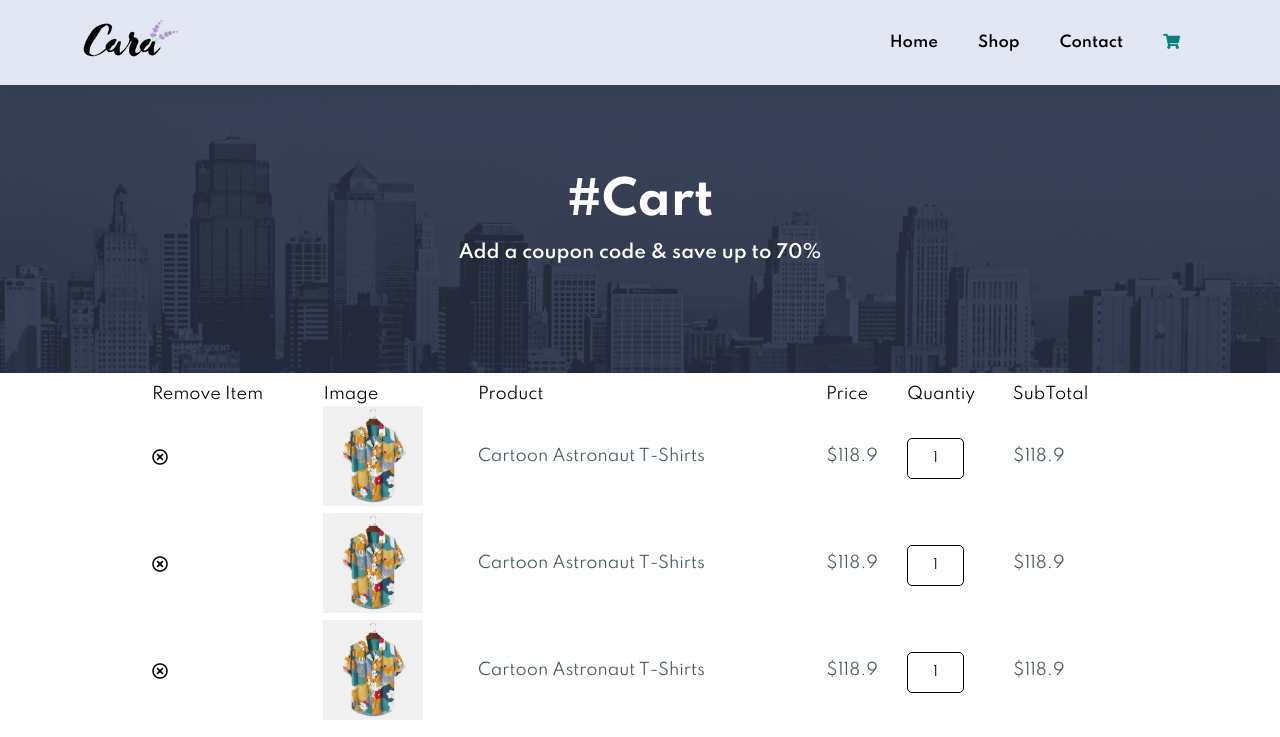
Repository: Daryllgio/E-Commerce-Website-UI
Page: cart.html
The author's editor kept a copy of each file at every save. The page is drawn from the files as they stood at one save, then again after the next save.
The browser window is 1280 px wide. The pictures show the whole page.
Some web libraries are served in a nearby version.

Above is the page before, as saved 2025-01-02 02:23:17.

### cart.html
<!DOCTYPE html>
<html lang="en">

<head>
    <meta charset="UTF-8">
    <meta http-equiv="X-UA-Compatible" content="IE=edge">
    <meta name="viewport" content="width=device-width, initial-scale=1.0">
    <title>Document</title>

    <link rel="stylesheet" href="https://pro.fontawesome.com/releases/v5.10.0/css/all.css" />

    <link rel="stylesheet" href="style.css">
</head>

<body>
    <section id="header">
        <a href="#"><img src="img/logo.png" id="logo" class="logo" alt=""></a>

        <div>
            <ul id="navbar">
                <li>
                    <a href="index.html">Home</a>
                </li>
                <li>
                    <a href="shop.html">Shop</a>
                </li>
                <li>
                    <a href="contact.html">Contact</a>
                </li>
                <li>
                    <a class="active" href="cart.html"><i class="fa fa-shopping-cart" aria-hidden="true"></i></a>
                </li>

            </ul>
        </div>
    </section>

    <section id="CartPageheader" class="section-p1">
        <h2>#Cart</h2>
        <p>Add a coupon code & save up to 70%</p>
    </section>

    <section id="Cart-Summary-Container">
        <table width="100%">
            <thead>
                <tr>
                    <td>
                        Remove Item
                    </td>
                    <td>
                        Image
                    </td>
                    <td>
                        Product
                    </td>
                    <td>
                        Price
                    </td>
                    <td>
                        Quantiy
                    </td>
                    <td>
                        SubTotal
                    </td>
                </tr>
            </thead>
            <tbody>
                <tr>
                    <td>
                        <i class="far fa-times-circle"></i>
                    </td>
                    <td>
                        <img src="img/products/f1.jpg" class="option" alt="">
                    </td>
                    <td>
                        <p>
                            Cartoon Astronaut T-Shirts
                        </p>
                    </td>
                    <td>
                        <p>
                            $118.9
                        </p>
                    </td>
                    <td>
                        <div class="Product-Num-Container">
                            <div class="dropdown">
                                <button class="Size-btn" onclick="toggleDropdown('myDropdown2')">1</button>
                                <div class="dropdown-content" id="myDropdown2">
                                    <a href="#" onclick="updateButtonText('myDropdown2', this)">1</a>
                                    <a href="#" onclick="updateButtonText('myDropdown2', this)">2</a>
                                    <a href="#" onclick="updateButtonText('myDropdown2', this)">3</a>
                                    <a href="#" onclick="updateButtonText('myDropdown2', this)">4</a>
                                    <a href="#" onclick="updateButtonText('myDropdown2', this)">5</a>
                                    <a href="#" onclick="updateButtonText('myDropdown2', this)">6</a>
                                    <a href="#" onclick="updateButtonText('myDropdown2', this)">7</a>
                                    <a href="#" onclick="updateButtonText('myDropdown2', this)">8</a>
                                    <a href="#" onclick="updateButtonText('myDropdown2', this)">9</a>
                                    <a href="#" onclick="updateButtonText('myDropdown2', this)"></a>
                                </div>
                            </div>
                        </div>
                    </td>
                    <td>
                        <p>
                            $118.9
                        </p>
                    </td>
                </tr>
                <tr>
                    <td>
                        <i class="far fa-times-circle"></i>
                    </td>
                    <td>
                        <img src="img/products/f1.jpg" class="option" alt="">
                    </td>
                    <td>
                        <p>
                            Cartoon Astronaut T-Shirts
                        </p>
                    </td>
                    <td>
                        <p>
                            $118.9
                        </p>
                    </td>
                    <td>
                        <div class="Product-Num-Container">
                            <div class="dropdown">
                                <button class="Size-btn" onclick="toggleDropdown('myDropdown2')">1</button>
                                <div class="dropdown-content" id="myDropdown2">
                                    <a href="#" onclick="updateButtonText('myDropdown2', this)">1</a>
                                    <a href="#" onclick="updateButtonText('myDropdown2', this)">2</a>
                                    <a href="#" onclick="updateButtonText('myDropdown2', this)">3</a>
                                    <a href="#" onclick="updateButtonText('myDropdown2', this)">4</a>
                                    <a href="#" onclick="updateButtonText('myDropdown2', this)">5</a>
                                    <a href="#" onclick="updateButtonText('myDropdown2', this)">6</a>
                                    <a href="#" onclick="updateButtonText('myDropdown2', this)">7</a>
                                    <a href="#" onclick="updateButtonText('myDropdown2', this)">8</a>
                                    <a href="#" onclick="updateButtonText('myDropdown2', this)">9</a>
                                    <a href="#" onclick="updateButtonText('myDropdown2', this)"></a>
                                </div>
                            </div>
                        </div>
                    </td>
                    <td>
                        <p>
                            $118.9
                        </p>
                    </td>
                </tr>
                <tr>
                    <td>
                        <i class="far fa-times-circle"></i>
                    </td>
                    <td>
                        <img src="img/products/f1.jpg" class="option" alt="">
                    </td>
                    <td>
                        <p>
                            Cartoon Astronaut T-Shirts
                        </p>
                    </td>
                    <td>
                        <p>
                            $118.9
                        </p>
                    </td>
                    <td>
                        <div class="Product-Num-Container">
                            <div class="dropdown">
                                <button class="Size-btn" onclick="toggleDropdown('myDropdown2')">1</button>
                                <div class="dropdown-content" id="myDropdown2">
                                    <a href="#" onclick="updateButtonText('myDropdown2', this)">1</a>
                                    <a href="#" onclick="updateButtonText('myDropdown2', this)">2</a>
                                    <a href="#" onclick="updateButtonText('myDropdown2', this)">3</a>
                                    <a href="#" onclick="updateButtonText('myDropdown2', this)">4</a>
                                    <a href="#" onclick="updateButtonText('myDropdown2', this)">5</a>
                                    <a href="#" onclick="updateButtonText('myDropdown2', this)">6</a>
                                    <a href="#" onclick="updateButtonText('myDropdown2', this)">7</a>
                                    <a href="#" onclick="updateButtonText('myDropdown2', this)">8</a>
                                    <a href="#" onclick="updateButtonText('myDropdown2', this)">9</a>
                                    <a href="#" onclick="updateButtonText('myDropdown2', this)"></a>
                                </div>
                            </div>
                        </div>
                    </td>
                    <td>
                        <p>
                            $118.9
                        </p>
                    </td>
                </tr>
            </tbody>

        </table>
    </section>


    <script src="script.js"></script>

</body>

</html>

### style.css
@import url("https://fonts.googleapis.com/css2?family=Spartan:wght@100;200;300;400;500;600;700;800;900&display=swap");

* {
  margin: 0;
  padding: 0;
  box-sizing: border-box;
  font-family: "Spartan", sans-serif;
}

html {
  scroll-behavior: smooth;
}

/* Global Styles */

h1 {
  font-size: 50px;
  line-height: 64px;
  color: #222;
}

h2 {
  font-size: 46px;
  line-height: 54px;
  color: #222;
}

h4 {
  font-size: 20px;
  color: #222;
}

h6 {
  font-weight: 700;
  font-size: 12px;
}

p {
  font-size: 16px;
  color: #465b52;
  margin: 15px 0 20px 0;
}

.section-p1 {
  padding: 40px 80px;
}

.section-m1 {
  margin: 40px 0;
}

button.normal {
  font-size: 14px;
  font-weight: 400;
  padding: 15px 20px;
  border-radius: 5px;
  cursor: pointer;
  border: none;
  outline: none;
  transition: 0.3s;
}

body {
  width: 100%;
}

#header {
  display: flex;
  align-items: center;
  justify-content: space-between;
  padding: 20px 80px;
  background: #E3E6F3;
  box-shadow: 0 5px 15px rgba(0, 0, 0, 0.06);
  position: sticky;
  top: 0;
  left: 0;

}



#navbar {
  display: flex;
  align-items: center;
  justify-content: center;
}

#navbar li {
  list-style: none;
  padding: 0px 20px;
}

#navbar li a {
  text-decoration: none;
  font-size: 15px;
  font-weight: 600;
  color: #000;
  transition: 0.3s ease;
}

#navbar li a:hover,
#navbar li a.active {
  color: #088178;
}

#HomeHeaderContent {
  background-image: url("img/hero4.png");
  height: 90vh;
  width: 100%;
  background-size: cover;
  background-position: top 25% right 0;
  padding: 0 80px;
  align-items: flex-start;
  display: flex;
  flex-direction: column;
  justify-content: center;
}

#HomeHeaderContent h4 {
  margin-bottom: 10px;
}

#HomeHeaderContent h1 {
  color: #088178;
}

#HomeHeaderContent button {
  color: #088178;
  background-image: url("img/button.png");
  font-size: 15px;
  font-weight: 600;
  background-color: transparent;
  border: 0;
  padding: 14px 80px 14px 65px;
  background-repeat: no-repeat;
  cursor: pointer;
}

#Features {
  display: flex;
  justify-content: space-between;
}

#Features .fe-box {
  width: 200px;
  text-align: center;
  padding: 35px 25px;
  border: 1px solid #cce7d0;
  box-shadow: 20px 20px 34px rgba(0, 0, 0, 0.03);
  border-radius: 10px;
}

#Features .fe-box:hover {
  box-shadow: 10px 10px 54px rgba(0, 0, 0, 0.1);
}

#Features .fe-box img {
  margin-bottom: 10px;
}

#Features .fe-box h6 {
  font-size: 13px;
  display: inline-block;
  line-height: 1;
  border-radius: 4px;
  color: #088178;
  background-color: #fddde4;
  padding: 9px 8px 6px 8px;
}

#Features .fe-box:nth-child(2) h6 {
  background-color: #cdebbc;
}

#Features .fe-box:nth-child(3) h6 {
  background-color: #d1e8f2;
}

#Features .fe-box:nth-child(4) h6 {
  background-color: #cdd4f8;
}

#Features .fe-box:nth-child(5) h6 {
  background-color: #f6dbf6;
}

#Features .fe-box:nth-child(6) h6 {
  background-color: #fff2e5;
}

#product1 {
  text-align: center;
}

#product1 .pro {
  width: 23%;
  min-width: 250px;
  padding: 10px 25px;
  border: 1px solid #f0f0f0;
  border-radius: 20px;
  cursor: pointer;
  box-shadow: 20px 20px 30px rgba(0, 0, 0, 0.02);
  transition: 0.3s ease;
}

#product1 .pro:hover {
  box-shadow: 20px 20px 30px rgba(0, 0, 0, 0.06);

}

#product1 .pro img {
  width: 100%;
  border-radius: 20px;
}

#product1 .pro .des {
  text-align: start;
  padding: 10px 0;
}

#product1 .pro .des span {
  color: #606063;
  font-size: 12px;
}

#product1 .pro .des h5 {
  color: #1a1a1a;
  font-size: 14px;
  padding-top: 7px;
}

#product1 .pro .des .fa-star {
  color: rgb(243, 181, 25);
  font-size: 12px;
}

#product1 .pro .des h4 {
  font-size: 16px;
  padding-top: 7px;
  font-weight: 700;
  color: #088178;

}

#product1 .pro .Shop {
  display: flex;
  justify-content: space-between;
}

#product1 .pro .des .fa-shopping-cart {
  width: 40px;
  height: 40px;
  line-height: 40px;
  border-radius: 50px;
  font-size: 17px;
  background-color: #e8f6ea;
  font-weight: 500;
  color: #088178;
  border: 1px solid #cce7d0;
  text-align: center;
}

#product1 .pro-container {
  display: flex;
  justify-content: space-between;
  padding: 20px;
  flex-wrap: wrap;
}


#banner {
  background-image: url("img/banner/b2.jpg");
  height: 40vh;
  width: 100%;
  background-size: cover;
  background-position: top 25% right 0;
  padding: 0 80px;
  text-align: center;
  display: flex;
  flex-direction: column;
  align-items: center;
  justify-content: center;
}

#banner p {
  font-size: 15px;
  margin-bottom: 15px;
  font-weight: 400;
  color: #ffffff;
}

#banner h2 {
  color: #fff;
  margin-bottom: 15px;
}

#banner span {
  color: red;
}

#banner button:hover {
  color: #fff;
  background-color: #088178;
}



#sm-banner {
  display: flex;
  justify-content: space-between;
  flex-wrap: wrap;
  margin-bottom: 10px;
}

#sm-banner .banner-box {
  background-image: url("img/banner/b17.jpg");
  height: 50vh;
  min-width: 620px;
  background-size: cover;
  padding: 0 20px;
  display: flex;
  flex-direction: column;
  align-items: flex-start;
  justify-content: center;

}

#sm-banner .banner-box:nth-child(2) {
  background-image: url("img/banner/b10.jpg");
}

#sm-banner p {
  font-size: 20px;
  color: #fff;
}

#sm-banner h2 {
  color: #fff;
}

#sm-banner span {
  font-size: 17px;
  color: #fff;
  margin-top: 15px;
}

#sm-banner button {
  margin-top: 25px;
  background-color: transparent;
  color: #fff;
  border: 1px solid #fff;
  transition: 0.3s ease;

}

#sm-banner button:hover {
  border: 0;
  background-color: #088178;
}




#sm-banner2 {
  display: flex;
  justify-content: space-between;
}

#sm-banner2 .banner-box {
  background-image: url("img/banner/b7.jpg");
  height: 30vh;
  width: 420px;
  background-size: cover;
  padding: 0 20px;
  display: flex;
  flex-direction: column;
  align-items: flex-start;
  justify-content: center;
  overflow: hidden;

}

#sm-banner2 .banner-box:nth-child(2) {
  background-image: url("img/banner/b4.jpg");
}

#sm-banner2 .banner-box:nth-child(3) {
  background-image: url("img/banner/b18.jpg");
}

#sm-banner2 h3 {
  font-size: 28px;
  color: #fff;
}

#sm-banner2 span {
  font-size: 17px;
  color: #fff;
  font-weight: 600;
  margin-top: 15px;
}

#sm-NewsLetter {
  background-image: url("img/banner/b14.png");
  background-repeat: no-repeat;
  height: 20vh;
  width: 100%;
  background-size: cover;
  background-position: top 25% right 30%;
  background-color: #041e42;
}

#sm-NewsLetter .Newsletters-Container {
  justify-content: space-between;
  padding: 0 10px;
  display: flex;
  flex-direction: row;
  align-items: center;
}

#sm-NewsLetter .Newsletters-Container h3 {
  color: #fff;
  font-size: 24px;
}

#sm-NewsLetter .Newsletters-Container p {
  color: #fff;
}

#sm-NewsLetter .Newsletters-Container span {
  color: rgb(243, 181, 25);
}

#sm-NewsLetter .Newsletters-Input {
  display: flex;
}

#sm-NewsLetter input {
  width: 400px;
  border: 0;
  border-radius: 5px;
  border-top-right-radius: 0;
  border-bottom-right-radius: 0;
  height: 55px;
  padding-left: 30px;
  font-size: 16px;
}

#sm-NewsLetter button {
  width: 150px;
  height: 55px;
  font-size: 16px;
  color: #fff;
  background-color: #088178;
  border: 0;
  border-radius: 5px;
  border-top-left-radius: 0;
  border-bottom-left-radius: 0;
}

#Footer {
  display: flex;
  flex-direction: row;
  justify-content: space-between;
}

#Footer .Footer-box {
  display: flex;
  flex-direction: column;
}

#Footer a {
  margin-bottom: 10px;
  text-decoration: none;
  color: #000;
}



#Footer h3 {
  margin-bottom: 10px;
}

#Footer .Social-Icons {
  display: flex;
  flex-direction: row;
  align-items: center;
}

#Footer i {
  margin-right: 10px;
}

#Footer span {
  font-weight: 600;
}

#Footer p {
  margin-bottom: 10px;
}

#Footer .pay {
  border: 1px solid #088178;
  border-radius: 10px;
}

#copyright p {
  text-align: center;
  font-size: 17px;
  font-weight: 400;
}

#ShopPageheader {
  background-image: url("img/banner/b1.jpg");
  height: 40vh;
  width: 100%;
  background-size: cover;
  background-position: top 25% right 0;
  padding: 0 80px;
  text-align: center;
  display: flex;
  flex-direction: column;
  align-items: center;
  justify-content: center;
}

#ShopPageheader h2 {
  color: #fff;
}

#ShopPageheader p {
  color: #fff;
  font-size: 18px;
  font-weight: 600;
}

#ShopPagePagination {
  display: flex;
  align-items: center;
  justify-content: center;
  margin-bottom: 20px;
}

#ShopPagePagination a {
  padding: 20px 25px;
  align-items: center;
  text-align: center;
  background-color: #088178;
  font-size: 15px;
  font-weight: 600;
  border: 0;
  text-decoration: none;
  border-radius: 10px;
  margin-right: 10px;
  color: #fff;
}

#ShopPagePagination a i {
  font-size: 18px;
}

.dropdown-content {
  display: none;
  position: absolute;
  background-color: #f9f9f9;
  min-width: 160px;
  box-shadow: 0px 8px 16px rgba(0, 0, 0, 0.2);
  z-index: 1;
}

.dropdown-content a {
  color: black;
  padding: 12px 16px;
  text-decoration: none;
  display: block;
}

.dropdown-content a:hover {
  background-color: #f1f1f1;
}

#Product-Detail-Container {
  display: flex;
  padding: 0 80px;
  margin-top: 30px;
}

#Product-Detail-Container .OptionContainer {
  display: flex;
  align-items: center;
  flex-direction: column;
  margin-right: 30px;
}

#Product-Detail-Container .OptionSubContainer {
  display: flex;
  justify-content: flex-start;
}



#MainImg {
  width: 590px;
  height: 60vh;
  margin-bottom: 10px;
}

#Product-Detail-Container .option {
  width: 140px;
  height: 20vh;
  margin-right: 10px;
  cursor: pointer;
}

#Product-Detail-Container .Product-Category {
  margin-bottom: 20px;
}

#Product-Detail-Container .Product-Price {
  margin-bottom: 20px;
}

#Product-Detail-Container .dropdown-btn {
  padding: 12px 25px;
  border: 1px solid;
  border-radius: 5px;
  background-color: transparent;
}

#Product-Detail-Container .Product-Num-Container {
  display: flex;
  align-items: center;
  margin-top: 10px;
  margin-bottom: 50px;
}

#Product-Detail-Container .Size-btn {
  padding: 12px 25px;
  border: 1px solid;
  border-radius: 5px;
  text-align: center;
  margin-right: 10px;
  background-color: #fff;
}

#Product-Detail-Container .AddToCart-btn {
  padding: 16px 25px;
  border: 0;
  border-radius: 7px;
  text-align: center;
  background-color: #088178;
  color: #fff;
  font-size: 15px;
  font-weight: 600;
}


#Product-Detail-Container .Product-Detail-Header {
  color: #000;
  font-size: 22px;
  font-weight: 600;
}

#Product-Detail-Container .Product-Details {
  color: #000;
  line-height: 25px;
}

#ContactPageheader {
  background-image: url("img/about/banner.png");
  height: 40vh;
  width: 100%;
  background-size: cover;
  background-position: top 25% right 0;
  padding: 0 80px;
  text-align: center;
  display: flex;
  flex-direction: column;
  align-items: center;
  justify-content: center;
}

#ContactPageheader h2 {
  color: #fff;
}

#ContactPageheader p {
  color: #fff;
  font-size: 18px;
  font-weight: 600;
}

#ContactDetailContainer {
  display: flex;
  align-items: center;
  gap: 20px;
  padding: 30px 50px;
}

#ContactDetailContainer .ContactDetail {
  display: flex;
  align-items: center;
  gap: 10px;
}

#ContactDetailContainer h2 {
  margin-bottom: 20px;
}

#ContactDetailContainer p {
  color: #000;
  font-size: 17px;
}

#Contact-Input {
  display: flex;
  flex-direction: column;
  gap: 10px;
  padding: 20px 100px;
  align-items: center;
}

#Contact-Input h2 {
  text-align: center;
}

#Contact-Input .Input-Box {
  width: 600px;
  height: 40px;
  padding: 0 20px;
  border-radius: 5px;
  border: 1px solid #e1e1e1;
}

#Contact-Input .Input-Message-Box {
  width: 600px;
  height: 200px;
  border: 1px solid #e1e1e1;
  border-radius: 5px;
  padding-left: 15px;
  padding-top: 15px;
}

#Contact-Input button {
  padding: 16px 25px;
  border: 0;
  border-radius: 7px;
  text-align: center;
  background-color: #088178;
  color: #fff;
  font-size: 15px;
  font-weight: 600;
}

#CartPageheader {
  background-image: url("img/about/banner.png");
  height: 40vh;
  width: 100%;
  background-size: cover;
  background-position: top 25% right 0;
  padding: 0 80px;
  text-align: center;
  display: flex;
  flex-direction: column;
  align-items: center;
  justify-content: center;
}

#CartPageheader h2 {
  color: #fff;
}

#CartPageheader p {
  color: #fff;
  font-size: 18px;
  font-weight: 600;
}

#Cart-Summary-Container {
  display: flex;
  padding: 10px 150px;
}

#Cart-Summary-Container .Cart-Content-Header {
  display: flex;
  flex-direction: row;
  justify-content: space-between;
}

#Cart-Summary-Container .option {
  width: 100px;
  height: 100px;
}

#Cart-Summary-Container .Cart-Content {
  display: flex;
  flex-direction: column;
  justify-content: space-between;
}

#Cart-Summary-Container .Card-Content-Container {
  display: flex;
  flex-direction: row;
  justify-content: space-between;
}

#Cart-Summary-Container .dropdown-content {
  display: none;
  position: absolute;
  background-color: #f9f9f9;
  min-width: 160px;
  box-shadow: 0px 8px 16px rgba(0, 0, 0, 0.2);
  z-index: 1;
}

#Cart-Summary-Container .dropdown-content a {
  color: black;
  padding: 12px 16px;
  text-decoration: none;
  display: block;
}

#Cart-Summary-Container .dropdown-content a:hover {
  background-color: #f1f1f1;
}

#Cart-Summary-Container .Size-btn {
  padding: 12px 25px;
  border: 1px solid;
  border-radius: 5px;
  text-align: center;
  margin-right: 10px;
  background-color: #fff;
}

### script.js
// Script for navigation bar
function toggleDropdown(dropdownId) {
    const dropdown = document.getElementById(dropdownId);
    const isOpen = dropdown.style.display === "block";
    closeAllDropdowns(); // Close any other open dropdowns
    dropdown.style.display = isOpen ? "none" : "block";
}

function closeAllDropdowns() {
    const dropdowns = document.querySelectorAll(".dropdown-content");
    dropdowns.forEach(dropdown => {
        dropdown.style.display = "none";
    });
}

function updateButtonText(dropdownId, selectedItem) {
    const dropdown = document.getElementById(dropdownId);
    const button = dropdown.previousElementSibling; // Select the button associated with the dropdown
    button.textContent = selectedItem.textContent; // Update button text with the selected item's text
    dropdown.style.display = "none"; // Close the dropdown after selection
}

// Close dropdowns when clicking outside
document.addEventListener("click", function (event) {
    if (!event.target.matches(".dropdown-btn") && !event.target.matches(".Size-btn")) {
        closeAllDropdowns();
    }
});

After the next save:
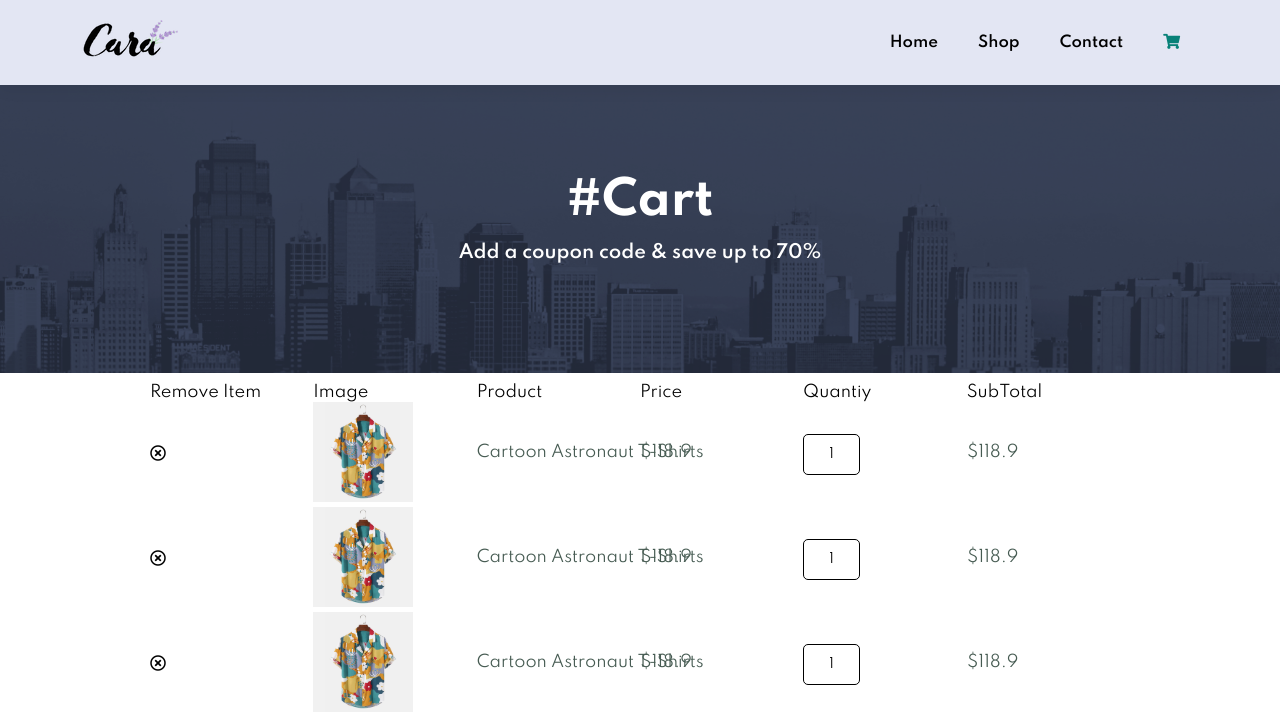
Saved 5 min 58 s later.
--- a/style.css
+++ b/style.css
@@ -781,6 +781,13 @@ body {
   padding: 10px 150px;
 }
 
+#Cart-Summary-Container table {
+  width: 100%;
+  border-collapse: collapse;
+  table-layout: fixed;
+  white-space: nowrap;
+}
+
 #Cart-Summary-Container .Cart-Content-Header {
   display: flex;
   flex-direction: row;
